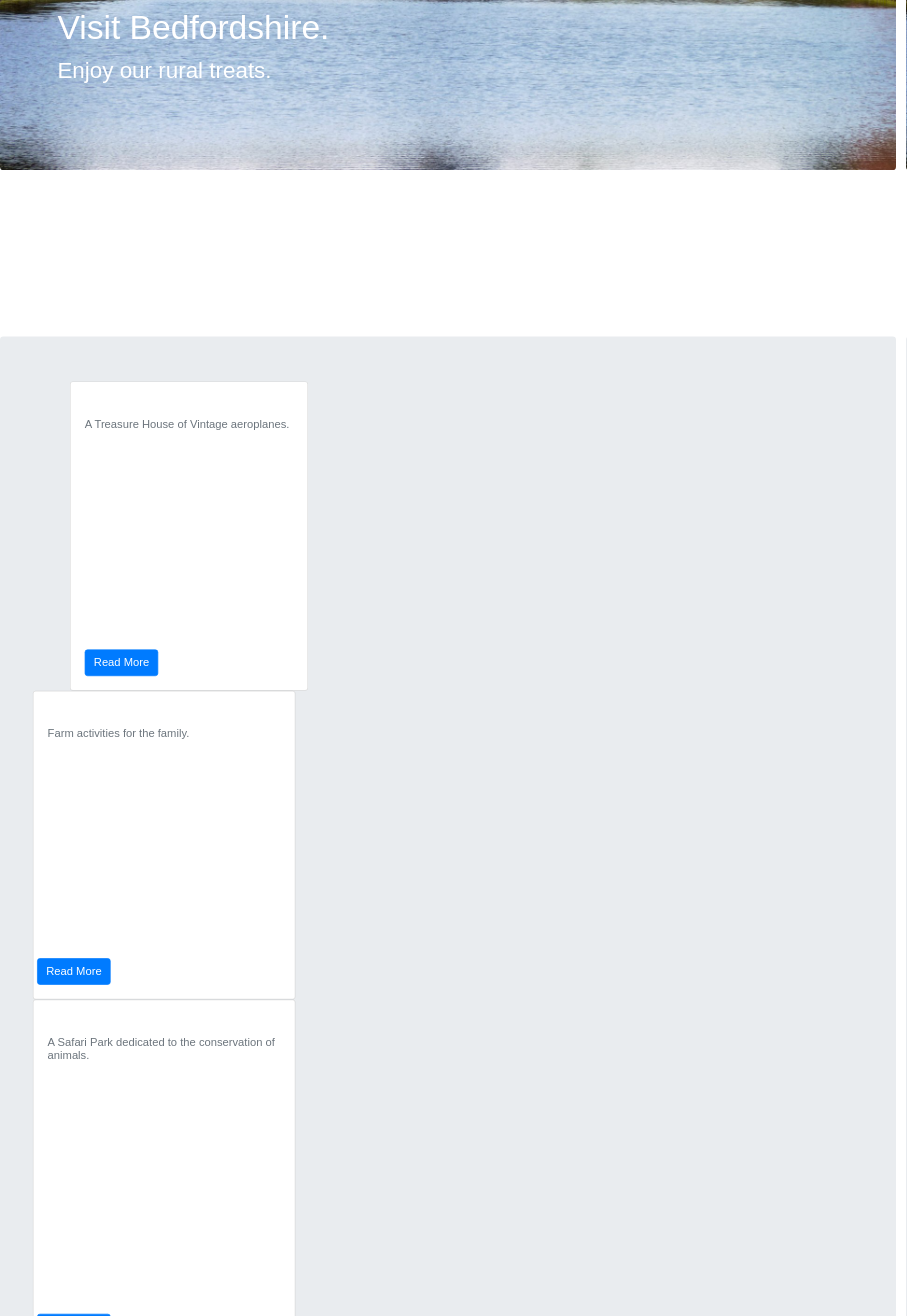
Repository: margaretalice/wrest
Page: index.html
The author's editor kept a record of every edit. The page is drawn from the files as they stood at one moment, then again after the next edit.
The browser window is 1280 px wide. The page is 1295 px wide, so the pictures cover 1295 px, including what lies to the right of the window. The pictures show the part of the page from y = 477 to 2357 px (the page is 5124 px tall), at 70% of full size.
Backgrounds fixed to the window are drawn as part of the page.

Above is the page before.

### index.html

   <!DOCTYPE html>
<html lang="en">

<head>
    <meta charset="UTF-8">
    <meta name="viewport" content="width=device-width, initial-scale=1.0">
    <meta http-equiv="X-UA-Compatible" content="ie=edge">
    <link rel="stylesheet" href="https://maxcdn.bootstrapcdn.com/bootstrap/4.1.3/css/bootstrap.min.css" type="text/css" />
    <link rel="stylesheet" href="https://stackpath.bootstrapcdn.com/font-awesome/4.7.0/css/font-awesome.min.css" type="text/css" />
    <link rel="stylesheet" href="https://cdnjs.cloudflare.com/ajax/libs/hover.css/2.3.1/css/hover-min.css" type="text/css" />
    <link rel="stylesheet" href="assets/css/style.css" type="text/css" />

    <title>Bedfordshire:a county of surprises</title>
</head>
    <body>
       <header class="jumbotron" id="landing-view">


    <nav class="navbar navbar-light navbar-expand-sm bg-primary navbar-light fixed-top">

        <a href="/" class="navbar-brand">
            <img src="bedfordshire-coat-arms.jpg" alt="logo" style="width:40px;">

                   Welcome to Bedforshire. </a>



        <button class="navbar-toggler ml-auto" type="button" data-toggle="collapse" data-target="#navbarNavDropdown" aria-controls="navbarNavDropdown" aria-expanded="false" aria-label="Toggle navigation">

        <span class="navbar-toggler-icon"></span></button>



        <div class="collapse navbar-collapse" id="navbarNavDropdown">

            <ul class="navbar-nav mr-auto">

                <li class="active nav-item mr-2"><a class="nav-link" href="/">Home</a></li>

                <li class="nav-item mr-2"><a class="nav-link" href="">About Us</a></li>

                <li class="nav-item mr-2"><a class="nav-link" href="">Events</a></li>

                <li class="nav-item mr-2"><a class="nav-link" href="">Contact Us</a></li>
                 <li class="nav-item mr-2"><a class="nav-link" href=""><i class="fa fa-download" aria-hidden="true"><span>Download</span></i></a></li>

                <li class="nav-item dropdown">

                    <a class="nav-link dropdown-toggle" href="#" id="navbarDropdownMenuLink" role="button" data-toggle="dropdown" aria-haspopup="true" aria-expanded="false">

        THINGS TO DO

        </a>

                    <div class="dropdown-menu" aria-labelledby="navbarDropdownMenuLink">

                        <a class="dropdown-item" href="#">FOOD & DRINK</a>

                        <a class="dropdown-item" href="#">SHOPPING</a>

                        <a class="dropdown-item" href="#">ACCOMODATION</a>

                        <a class="dropdown-item" href="#">CONFERENCES</a>

                    </div>

                </li>




            </ul>

        </div>

        <div class="d-none d-md-block">

            <p class="navbar-text my-auto mr-2"><i>A Hidden Gem.</i></p>



        </div>

        <!--</div>-->
        </nav>
                <div class="container top">

                <h1 class='name'>Visit Bedfordshire.</h1>

                <p class='title'>Enjoy our rural treats.</p>

            </div>
        </header>


    <section id="info">

        <div class="container about-row">

            <div class="row" id='about'>

                <h2>About Us</h2>

            </div>


                <p class='about-p'col-sm-scroll>Bedfordshire is a county in the East of England.The historic market town of Bedford has many attractive old buildings and a wealth of wonderful places to explore.</p>

                <p class='about-p'col=sm-scroll >Take a cruise down the River Great Ouse, visit one of Bedford's museums or historic sites, see a show, join a guided tour or simply relax in the town's beautiful parks and gardens.</P>




                <p class='about-p'col-sm-hidden >Travel further afield and delight in the grandeur of Woburn Abbey and Wrest Park.Glide over Dunstable Downs, or watch a vintage aircraft show at Shuttleworth. Shop for antiques in Ampthill and find out about Catherine of Aragon's involvement
                    with the village. Or relax in the beauty of Ashridge Forest.</P>

            </div>



    </section>
     <section class="jumbotron"  id="event">

        <div class="container scroll-work" >

            <div class="col-xs-6 col-sm-4 project-cards">
                  <div class="card">
  <div class="card-body">



    <h5 class="card-title">Shuttleworth Museum</h5>
    <h6 class="card-subtitle mb-2 text-muted">A Treasure House of Vintage aeroplanes.</h6>
    <p class="card-text">Enjoy the thrills of a vintage air show.Don't forget to visit the vintage cars and imagine yourself in Downton Abbey.</p>
      <a href="https://www.shuttleworth.org/events/airshows/" class="btn btn-primary">Read More</a>


  </div>
</div>
  </div>
</div>









            <div class="col-xs-6 col-sm-4 project-cards">

                <div class="card">

                    <div class="card-body">

                        <h5 class="card-title">Herrings Green</h5>

                        <h6 class="card-subtitle mb-2 text-muted">Farm activities for the family. </h6>

                        <p class="card-text">Children will be fascinated by the bird of prey displays. Ride on tractors, visit the pony boutique, or meet the alpacas.</p>

                        <div class="row">
                              <a href="http://birdsofpreycentre.co.uk/things-to-do/" class="btn btn-primary">Read More</a>




                        </div>

                    </div>

                </div>

            </div>

            <div class="col-xs-6 col-sm-4 project-cards">

                <div class="card">

                    <div class="card-body">

                        <h5 class="card-title">Come to Whipsnade Zoo.</h5>

                        <h6 class="card-subtitle mb-2 text-muted">A Safari Park dedicated to the conservation of animals.</h6>

                        <p class="card-text">Have a wild day out at the Hullabazoo Adventure Playground. Ride the jumbo express around the zoo.Enjoy excellent food and drink.</p>

                        <div class="row">
                              <a href= "https://www.zsl.org/zsl-whipsnade-zoo/visitor-information"  class="btn btn-primary">Read More</a>




                        </div>

                    </div>

                </div>

            </div>


            <div class="col-xs-6 col-sm-4 project-cards">

                <div class="card">

                    <div class="card-body">

                        <h5 class="card-title">Aquasana Spa</h5>

                        <h6 class="card-subtitle mb-2 text-muted">Re-energise yourself at a spa in the heart of a forest.</h6>

                        <p class="card-text">Spend a day or as long as you want in the Blossom spa, the Fire and Ice spa, or the Herbal and Sensory spas.</p>

                        <div class="row">
                            <a href="https://www.aquasana.co.uk/spa-locations/woburn-forest/spa-experience-rooms.html" class="btn btn-primary">Read More</a>






                        </div>

                    </div>

                </div>

            </div>



            <div class="col-xs-6 col-sm-4 project-cards">

                <div class="card">

                    <div class="card-body">

                        <h5 class="card-title">Ampthill Park.</h5>

                        <h6 class="card-subtitle mb-2 text-muted">Take part in the many events held in Ampthill park.</h6>

                        <p class="card-text">Visit the home of Catherine of Aragon. Rumour has it that her ghost can be seen at twilight!</p>

                        <div class="row">
                             <a href= "https://en.wikipedia.org/wiki/Ampthill_Park" class="btn btn-primary">Read More</a>






                        </div>

                    </div>

                </div>

            </div>


            <div class="col-xs-6 col-sm-4 project-cards">

                <div class="card">

                    <div class="card-body">

                        <h5 class="card-title">Hitchin Lavender</h5>

                        <h6 class="card-subtitle mb-2 text-muted">A Treat for all the Senses.</h6>

                        <p class="card-text">Pick your own lavender then indulge in homemade cake in the seventeenth century barn.</p>

                        <div class="row">
                             <a href="https://hitchinlavender.com/" class="btn btn-primary">Read More</a>



                        </div>

                    </div>

                </div>

            </div>




            <div class="col-xs-6 col-sm-4 project-cards">

                <div class="card">

                    <div class="card-body">


                        <h5 class="card-title">Twinwoods Adventure Center.</h5>

                        <h6 class="card-subtitle mb-2 text-muted">Try a wide range of exciting activities.</h6>

                        <p class="card-text">Go skydiving, indoor surfing, archery or jump off the top of a building (safely!)</p>


                        <div class="row">
                             <a href="https://twinwoodsadventure.com/" class="btn btn-primary">Read More</a>




                        </div>

                    </div>

                </div>

            </div>
            </section>










    <section class="section" id="find">
        <div class="container">


            <div class="row"id="title">
                <div class="col-md-8">
                <h2>FIND US</h2>
                </div>
                </div>
                </div>




          <div class="row" id="findus">
              <div class="col-md-8">
            <p class="section-paragraph">Bedfordshire is easy to reach by car, and public transport.</p>
            <p class="section-paragraph"> We are located between the A1 and M1 and are well served by the A421 dual carriageway, which links the two major roads as well as the A6 and A428.</p>
            <p class="section-paragraph">Bedfordshire is served by Thameslink, East Midlands and the Marston Vale Line.</p>

       </div>
       </div>



              <aside>
                  <div class="row" id="astitle">
                      <div class="col-md-4">

                <h3> The County of Bedfordshire.</h3>
                </div>
                <div class="row"  id="asidepara"
                <div class= "col-md-4">
                <p>Use the map to locate different venues.</p>
                </div>
                </div>
                <div class="image">
                <img src="guide.jpg" alt="map" height=100 width=100>
                </div>
                </div>

          </aside>








    </section>



    <!--*****CONTACT*****-->

    <section class="jumbotron scroll" id="contact">

        <div class="container">

            <div class="col-sm-6"></div>

            <div class="col-xs-12 col-sm-6 contact-form">
                <div class="input"></div>

                <h2 id="contact-head">Contact Us</h2>

                <form id='contact-form'>

                    <div class="row contact">

                        <div class="form-group">

                            <input type="text" class="form-control" id="exampleInputName" name='Name' placeholder="Name" required>

                        </div>

                    </div>

                    <div class="row contact">

                        <div class="form-group">

                            <input type="text" class="form-control" id="exampleInputPhone" name='Phone' placeholder="Phone" required>

                        </div>

                    </div>

                    <div class="row contact">

                        <div class="form-group">

                            <input type="email" class="form-control" id="exampleInputEmail1" name='Email' placeholder="Email" required>

                        </div>

                    </div>

                    <div class="row contact">

                        <div class="form-group message">

                            <textarea class="form-control" name="message" rows="6" placeholder="Message" required></textarea>

                        </div>

                    </div>

                    <input type="submit" value='Send' class="btn btn-default">

                </form>

            </div>

        </div>

<div class="alert alert-warning id="alert" role="alert">
  Be the first to know about events and discounted ticket prices!
</div>

    </section>

    <!--*****FOOTER******-->

    <footer>

        <div class="container">

            <div class="row foot">

                <div class="col-xs-12 col-sm-12 icons">

                    <a href="https://www.linkedin.com/in/haleyschafer" target="_blank"><i class="fab fa-linkedin-in alignment"></i></a>

                    <a href="https://www.github.com/hschafer2017" target="_blank"><i class="fab fa-github alignment"></i></a>

                    <a href="assets/cv/SCHAFER_DevCV.pdf" download><i class="fas fa-file-download alignment"></i></a>

                    <a href="https://medium.com/@haleyschafer" target="_blank"><i class="fab fa-medium-m alignment"></i></a>

                </div>

            </div>

        </div>

    </footer>







 <script src="https://code.jquery.com/jquery-3.3.1.slim.min.js" integrity="sha384-q8i/X+965DzO0rT7abK41JStQIAqVgRVzpbzo5smXKp4YfRvH+8abtTE1Pi6jizo" crossorigin="anonymous"></script>

    <script src="https://cdnjs.cloudflare.com/ajax/libs/popper.js/1.14.3/umd/popper.min.js" integrity="sha384-ZMP7rVo3mIykV+2+9J3UJ46jBk0WLaUAdn689aCwoqbBJiSnjAK/l8WvCWPIPm49" crossorigin="anonymous"></script>

    <script src="https://stackpath.bootstrapcdn.com/bootstrap/4.1.3/js/bootstrap.min.js" integrity="sha384-ChfqqxuZUCnJSK3+MXmPNIyE6ZbWh2IMqE241rYiqJxyMiZ6OW/JmZQ5stwEULTy" crossorigin="anonymous"></script>



</body>
</html>

### assets/css/style.css
body {



    font-family: 'Nobile', sans-serif;
    color:#fff;

}

#landing-view {

    background-attachment: fixed;

    background-image: url('../images/wrest-park-bedfordshire.jpg');

    background-position: bottom;

    background-size: cover;

    height: 100vh;

    width: 100vw;

    margin-bottom: 0px;

    z-index: 1;

}

.top {

    padding-left: 12px;

    margin-top:12%;

}



h1 {

    padding-top:25%;


    font-size: 3em;
    color:#fff;
    transition:ease-in-out 2s;


}













.jumbotron p {

    font-size: 2em;
    color:#fff;
    transition:ease-in-out 2s;


}

After the next edit:
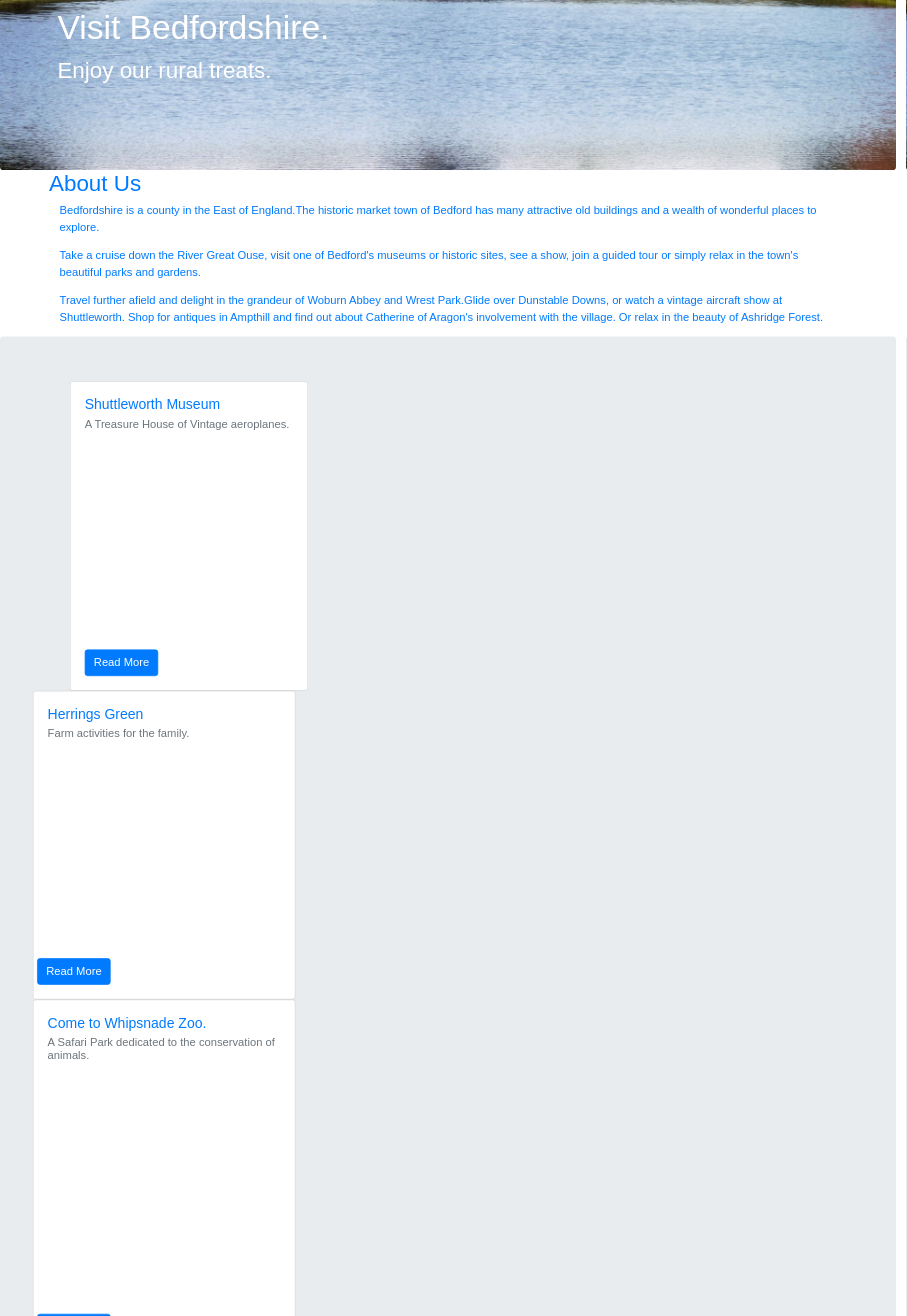
The edit:
--- a/assets/css/style.css
+++ b/assets/css/style.css
@@ -3,7 +3,7 @@
 
 
     font-family: 'Nobile', sans-serif;
-    color:#fff;
+   color: rgba(0, 123, 255, 1);
 
 }
 
